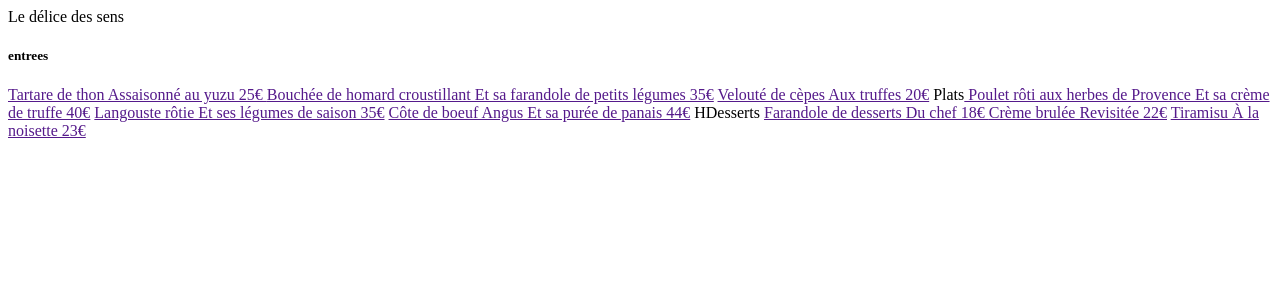
Repository: lysianebo/OHMYFOOD
Page: La_note_enchantée.html
An editor plug-in stored every save of this project. The page is shown before and after the next save, followed by the edit.
The browser window is 1280 px wide. The pictures show the whole page.

Above is the page before, as saved 2022-10-22 13:08:59.

### La_note_enchantée.html
<!DOCTYPE html>
<html lang="en">
<head>
    <meta charset="UTF-8">
    <meta http-equiv="X-UA-Compatible" content="IE=edge">
    <meta name="viewport" content="width=device-width, initial-scale=1.0">
    <title>Document</title>
</head>
<body>
    Le délice des sens

 <h5>entrees</h5>
 <a href="" class="btn grey">Tartare de thon
Assaisonné au yuzu
25€
<a href="" class="btn grey">
Bouchée de homard croustillant
Et sa farandole de petits légumes
35€</a>
<a href="" class="btn grey">
Velouté de cèpes
Aux truffes
20€</a>

Plats<a href="" class="btn grey">
Poulet rôti aux herbes de Provence
Et sa crème de truffe
40€</a>
<a href="" class="btn grey">
Langouste rôtie
Et ses légumes de saison
35€</a>
<a href="" class="btn grey">
Côte de boeuf Angus
Et sa purée de panais
44€</a>

HDesserts
<a href="" class="btn grey">Farandole de desserts
Du chef
18€

<a href="" class="btn grey">Crème brulée
Revisitée
22€</a>

<a href="" class="btn grey">Tiramisu
À la noisette
23€</a>

</body>
</html>

After the next save:
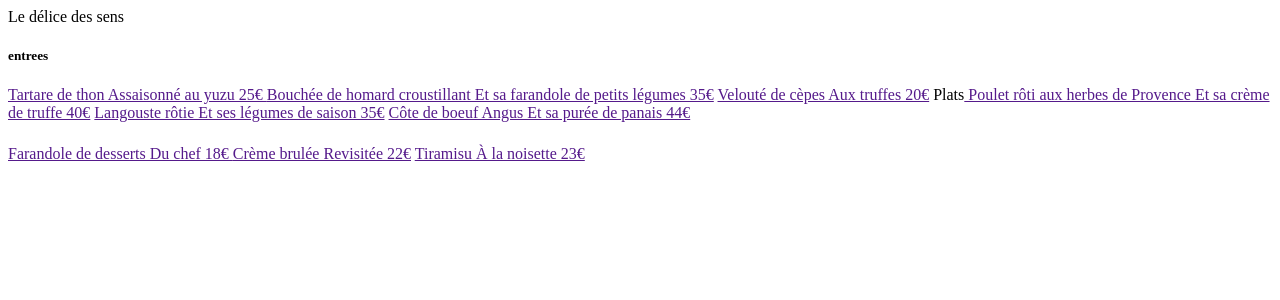
Saved 9 s later.
--- a/La_note_enchantée.html
+++ b/La_note_enchantée.html
@@ -35,7 +35,7 @@
 Et sa purée de panais
 44€</a>
 
-HDesserts
+<H5></H5>
 <a href="" class="btn grey">Farandole de desserts
 Du chef
 18€
